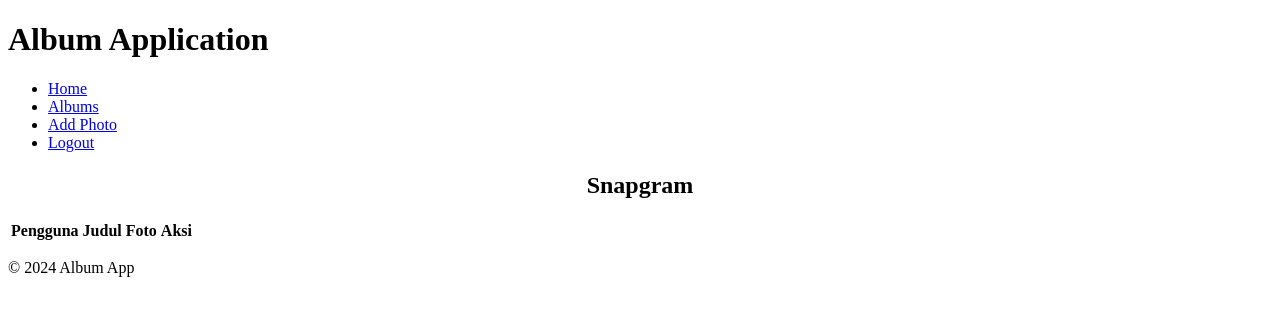
Repository: daffa-alif/snapgram
Page: http://localhost/home
An editor plug-in stored every save of this project. The page is shown before and after the next save, followed by the edit.
The browser window is 1280 px wide. The pictures show the whole page.
The page is served by the project's Laravel application, run on PHP 8.4 with Laravel 12. A made-up administrator, Test User (test@example.com), is signed in. Queries for data that is not in the repository find no rows.

Above is the page before, as saved 2024-10-18 14:16:47.

After the next save:
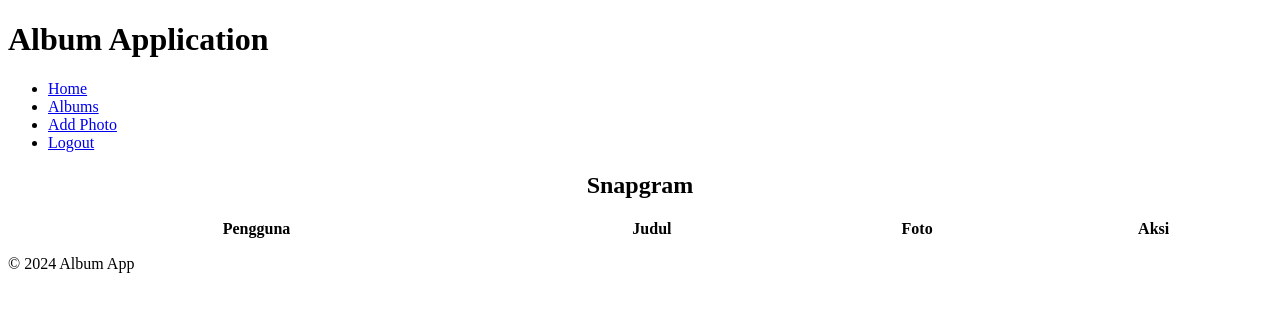
Saved 2 min 0 s later.
--- a/resources/views/home.blade.php
+++ b/resources/views/home.blade.php
@@ -1,28 +1,44 @@
 @extends('layouts.app')
 
 @section('content')
-<h2 style="text-align: center; ">Snapgram</h2>
-<table>
-<tr>
-<th>Pengguna</th>
-<th>Judul</th>
-<th>Foto</th>
-<th>Aksi</th>
-</tr>
-@foreach($photos as $photo)
-<tr>
-<td>{{ $photo->user->username }}</td>
-<td>{{ $photo->judulFoto }}</td>
-<td>
-<img src="{{ asset('storage/' . $photo->lokasiFile) }}"
-alt="{{ $photo->judulFoto }}"
-style="width: 200px; aspect-ratio: 1/1; object-fit: cover;">
-</td>
-<td>
-<!-- Tombol untuk like/unlike -->
-<!-- Tombol untuk komentar -->
-</td>
-</tr>
-@endforeach
-</table>
+    <h2 style="text-align: center;">Snapgram</h2>
+    <table style="width: 100%; border-collapse: collapse;">
+        <thead>
+            <tr>
+                <th>Pengguna</th>
+                <th>Judul</th>
+                <th>Foto</th>
+                <th>Aksi</th>
+            </tr>
+        </thead>
+        <tbody>
+            @foreach($photos as $photo)
+                <tr>
+                    <td>{{ $photo->user->username }}</td>
+                    <td>{{ $photo->judulFoto }}</td>
+                    <td>
+                        <img
+                            src="{{ asset('storage/' . $photo->lokasiFile) }}"
+                            alt="{{ $photo->judulFoto }}"
+                            style="width: 200px; aspect-ratio: 1/1; object-fit: cover;"
+                        >
+                    </td>
+                    <td>
+                        <!-- Tombol untuk like/unlike -->
+                        <form action="{{ route('photos.like', $photo->fotoID) }}" method="POST" style="display: inline;">
+                            @csrf
+                            <button type="submit">
+                                @if($photo->isLikedByAuthUser())
+                                    Unlike
+                                @else
+                                    Like
+                                @endif
+                            </button>
+                        </form>
+                        <!-- Tombol untuk komentar (can be added later) -->
+                    </td>
+                </tr>
+            @endforeach
+        </tbody>
+    </table>
 @endsection
